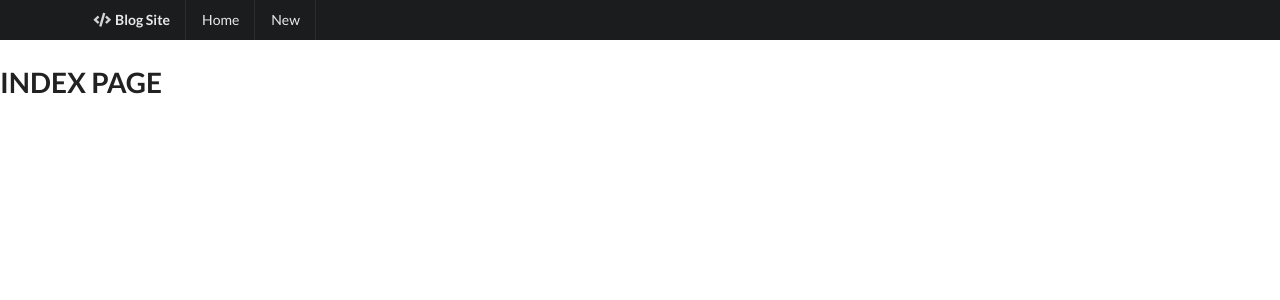
Repository: krit-gpt/WebApplication_Projects
Page: http://localhost/blogs
The author's editor kept a record of every edit. The page is drawn from the files as they stood at one moment, then again after the next edit.
The browser window is 1280 px wide. The pictures show the whole page.
Some web libraries are served in a nearby version. The page is served by the project's Node server (app.js). Queries for data that is not in the repository find no rows.

Above is the page before.

After the next edit:
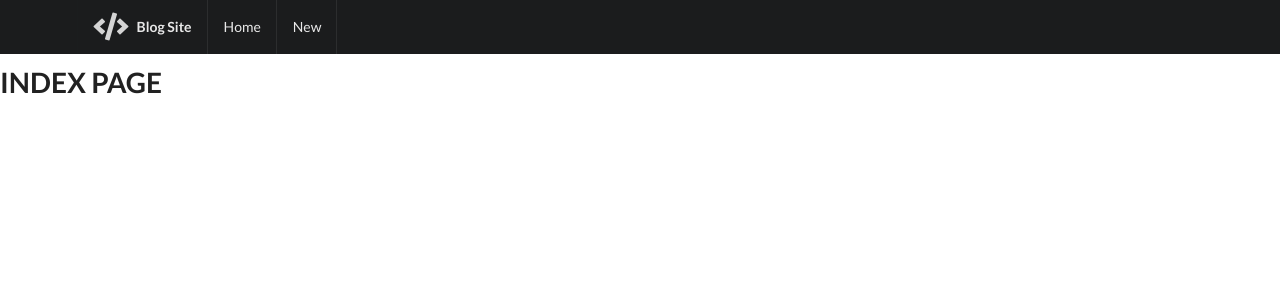
The edit:
--- a/Blog_Site/workspace/views/partials/header.ejs
+++ b/Blog_Site/workspace/views/partials/header.ejs
@@ -2,6 +2,7 @@
     <head>
         <title>Blog App</title>
         <link rel="stylesheet" type="text/css" href="https://cdnjs.cloudflare.com/ajax/libs/semantic-ui/2.2.13/semantic.min.css">
+        <link rel="stylesheet" type="text/css" href="/stylesheets/app.css">
     </head>
     <body>
         <div class="ui fixed inverted menu">
